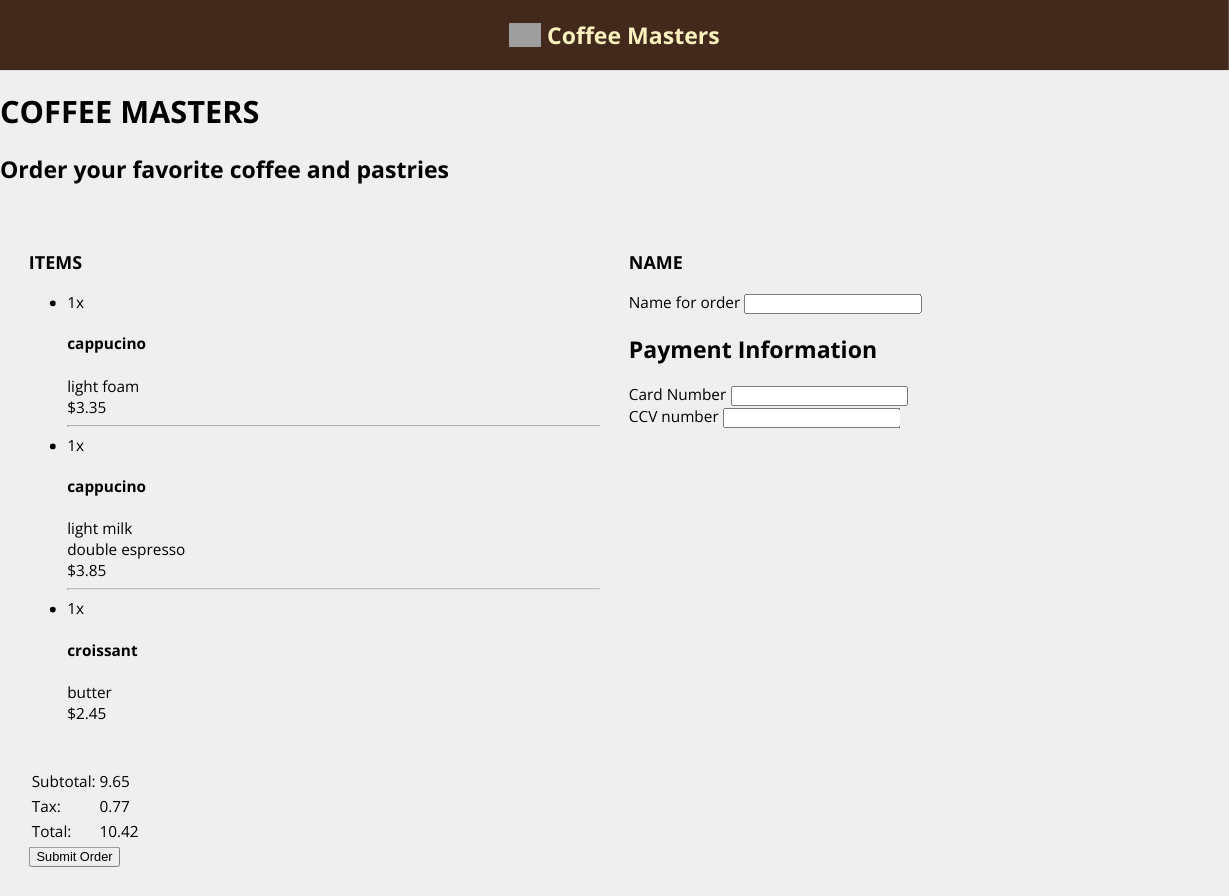
Repository: RkBeau/coffe_fm
Page: index.html
The author's editor kept a copy of each file at every save. The page is drawn from the files as they stood at one save, then again after the next save.
The browser window is 1280 px wide. The pictures show the whole page, at 96% of full size.
Pictures or frames that could not be fetched are drawn as grey boxes.

Above is the page before, as saved 2024-04-18 04:45:35.

### index.html
<!DOCTYPE html>
<html lang="en">
<head>
    <meta charset="UTF-8">
    <title>Home</title>
    <meta name="viewport" content="width=device-width, initial-scale=1.0">
    <link rel="preconnect" href="https://fonts.googleapis.com">
    <link rel="preconnect" href="https://fonts.gstatic.com" crossorigin="">
    <link href="https://fonts.googleapis.com/css2?family=Open+Sans:wght@400;700&amp;display=swap" rel="stylesheet">
    <link rel="stylesheet" href="styles.css">
</head>
    <body>
        <nav class="main-nav">
            <h1 class="brand">
              <img
                src="https://btholt.github.io/complete-intro-to-web-dev-v3/images/coffee_masters_logo.png"
                alt="coffee masters logo"
                class="logo"
              />
              Coffee Masters
            </h1>
          </nav>
        <header>
            <h1>COFFEE MASTERS</h1>
            <h2>Order your favorite coffee and pastries</h2>
        </header>
        <main>
            <section class="orderbox">
                <div class="items-ordered">
                    <h3 id="items">ITEMS</h3>
                    <ul class="selected-items">
                        <li class="item-1">1x<h4>cappucino</h4>
                            <div class="garnish-item-1">light foam</div>
                            <div -class="price-item-1">$3.35</div>
                        </li>
                        <hr>
                        <li class="item-2">1x<h4>cappucino</h4>
                            <div class="garnish-item-2">light milk</div>
                            <div class="coffee-mod-item-2">double espresso</div>
                            <div class="price-item-2">$3.85</div>
                        </li>
                        <hr>
                        <li class="item-3">1x<h4>croissant</h4>
                            <div class="garnish-item-3">butter</div>
                            <div class="price-item-3">$2.45</div>
                        </li>
                    </ul>
                </div>
            </section>
            <section class="customer-info">
                <div class="customer-info">
                    <h3 id="customer-info">NAME</h3>
                    <div class="input-group">
                        <label class="user-input-label" for="name">Name for order</label>
                        <input type="text" class="user-input" id="name">
                    </div>
                </div>
                <div class="cc-info">
                    <h2 class="box-title">Payment Information</h2>
                    <div class="input-group">
                        <label class="user-input-label" for="cc">Card Number</label>
                        <input type="text" class="user-input" id="cc">
                        <div class="input-group">
                            <label class="user-input-label" for="ccv">CCV number</label>
                            <input type="text" class="user-input short-input" id="ccv">
                        </div>
                    </div>
                </div>
            </section>
            <section class="order-total">
                <table class="totals-tab">
                    <tbody>
                        <tr>
                            <td>Subtotal:</td>
                            <td>9.65</td>
                        </tr>
                        <tr>
                            <td>Tax:</td>
                            <td>0.77</td>
                        </tr>
                        <tr class="final-total:">
                            <td>Total:</td>
                            <td>10.42</td>
                        </tr>
                    </tbody>
                </table>
                <button class="checkout-btn" type="submit">Submit Order</button>
            </section>
        </main>
    </body>
</html>

### styles.css
* {
    box-sizing: border-box;
}

body {
    margin: 0;
    padding: 0;
    background-color: #efefef;
    font-family: 'Open Sans', sans-serif;
}

main {
    display: grid;
    row-gap: 30px;
    column-gap: 30px;
    width: 100%;
    padding: 30px;
    margin: 0 auto;
    grid-template-areas:
        "order payment"
        "order-total"
        "final-total";
    grid-template-columns: 1fr 1fr;;
}

.main-nav {
    background-color: #43281c;
    color: #fbf2c0;
    font-size: 16px;
    display: flex;
    align-items: center;
    justify-content: center;
    font-weight: normal;
}

.logo {
    height:25px;
    position: relative;
    top:3px;
}

After the next save:
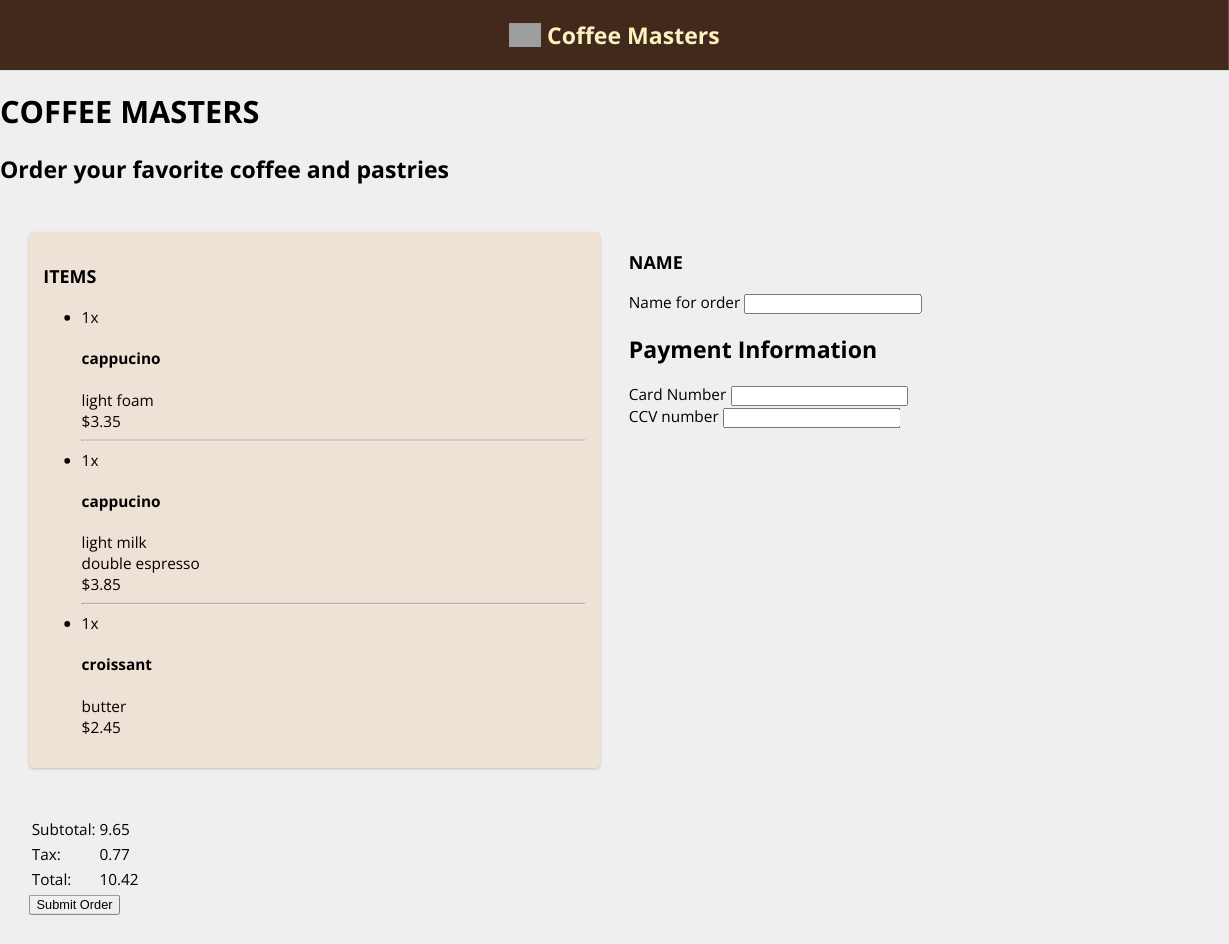
Saved 10 min 25 s later.
--- a/styles.css
+++ b/styles.css
@@ -38,3 +38,12 @@ main {
     position: relative;
     top:3px;
 }
+
+.orderbox {
+    background-color: #eee1d5;
+    border-radius: 5px;
+    box-shadow: 0 1px 3px rgb(0 0 0 / 20%);
+    padding: 15px;
+    margin-bottom: 20px;
+    width: 100%;
+}
